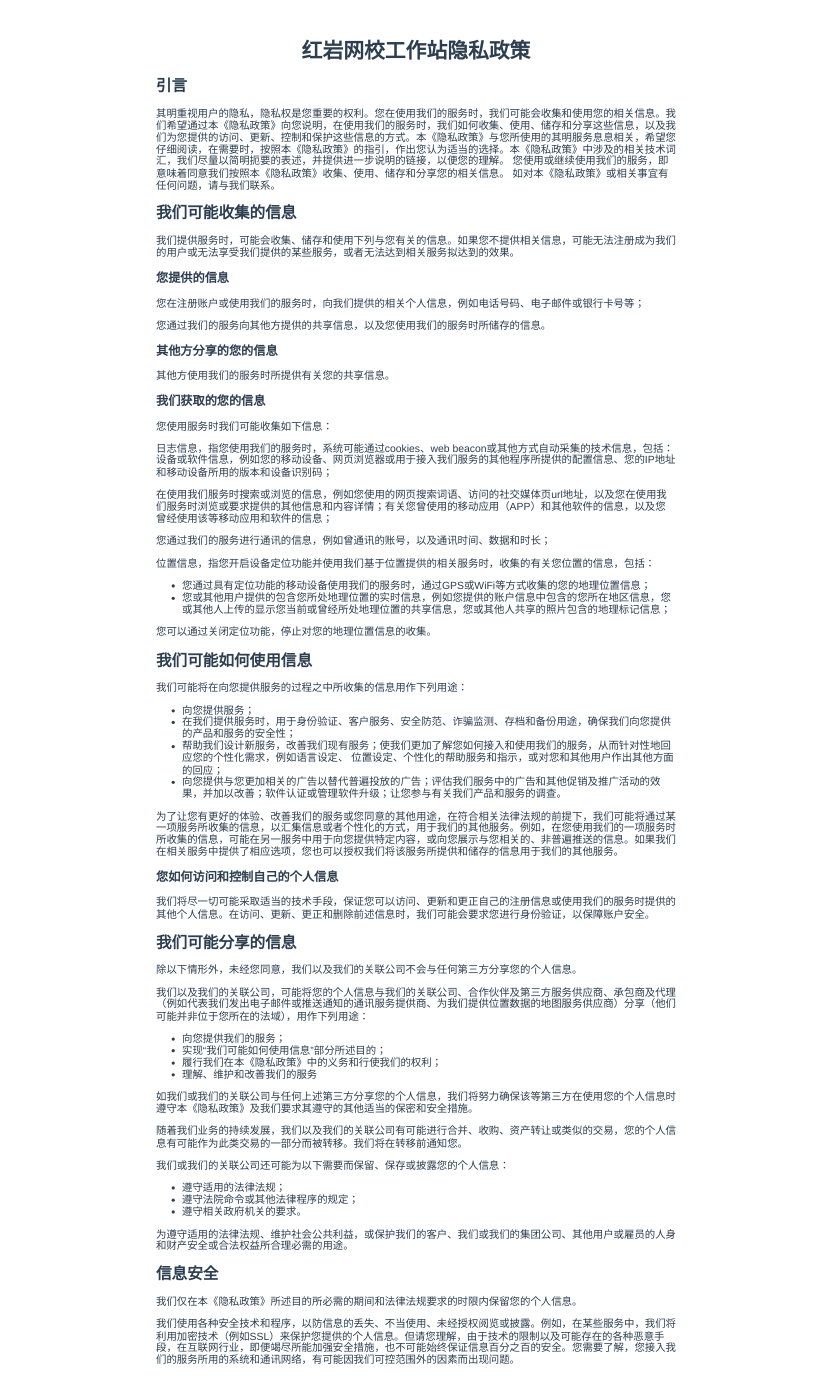
Repository: zl-mdc/privacy-policy
Page: /
An editor plug-in stored every save of this project. The page is shown before and after the next save, followed by the edit.
The browser window is 1280 px wide. The pictures show the whole page, at 65% of full size.
The project was rebuilt for these pictures with package versions that can differ from the ones it lists, and the page was loaded fresh each time.

Above is the page before, as saved 2020-09-17 15:51:19.

After the next save:
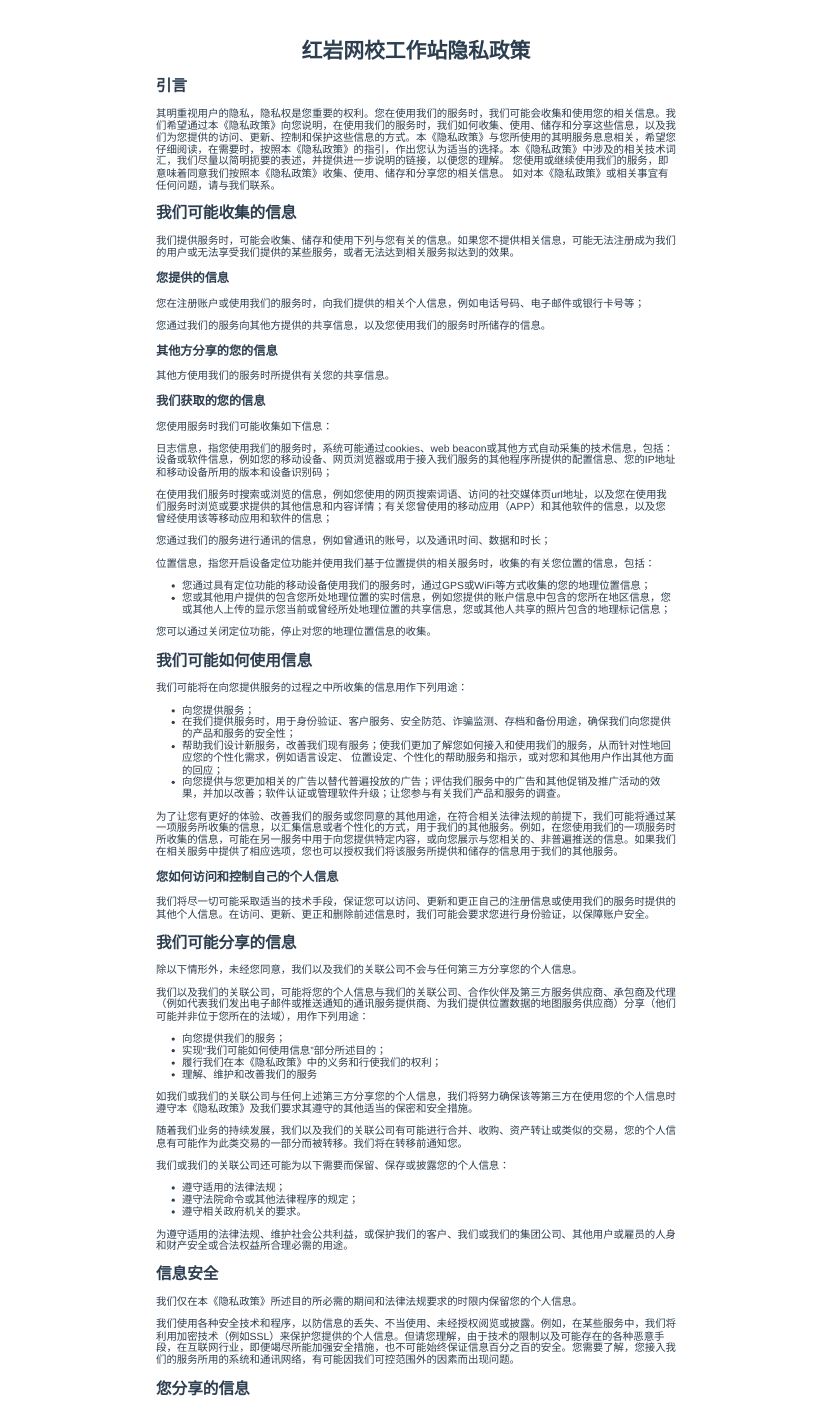
Saved 103 s later.
--- a/src/components/Info.vue
+++ b/src/components/Info.vue
@@ -1,7 +1,7 @@
 <!--
  * @Author: Code_Master
  * @Date: 2020-09-17 15:00:51
- * @LastEditTime: 2020-09-17 15:51:19
+ * @LastEditTime: 2020-09-17 15:53:02
  * @LastEditors: Code_Master
  * @FilePath: /privacy-policy/src/components/Info.vue
  * @Description: The first 90% of the code accounts for the first 90% of the development time. The remaining 10% of the code accounts for the other 90% of the development time.
@@ -66,6 +66,9 @@
           <h2>信息安全</h2>
           <p>我们仅在本《隐私政策》所述目的所必需的期间和法律法规要求的时限内保留您的个人信息。</p>
           <p>我们使用各种安全技术和程序，以防信息的丢失、不当使用、未经授权阅览或披露。例如，在某些服务中，我们将利用加密技术（例如SSL）来保护您提供的个人信息。但请您理解，由于技术的限制以及可能存在的各种恶意手段，在互联网行业，即便竭尽所能加强安全措施，也不可能始终保证信息百分之百的安全。您需要了解，您接入我们的服务所用的系统和通讯网络，有可能因我们可控范围外的因素而出现问题。</p>
+
+          <h2>您分享的信息</h2>
+          <p></p>
     </div>
 </template>
 
